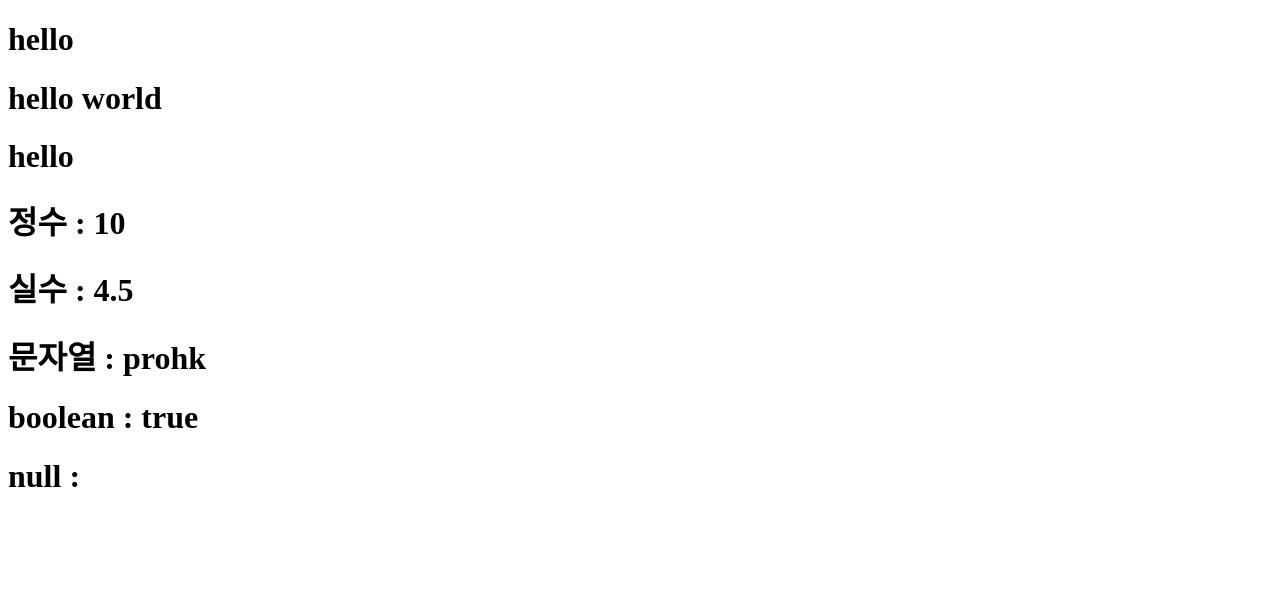
Repository: pro-hk/jsp
Page: http://localhost/chap06/express_language_01.jsp
An editor plug-in stored every save of this project. The page is shown before and after the next save, followed by the edit.
The browser window is 1280 px wide. The pictures show the whole page.
The page is served by Tomcat 9.

Above is the page before, as saved 2022-01-25 06:14:08.

After the next save:
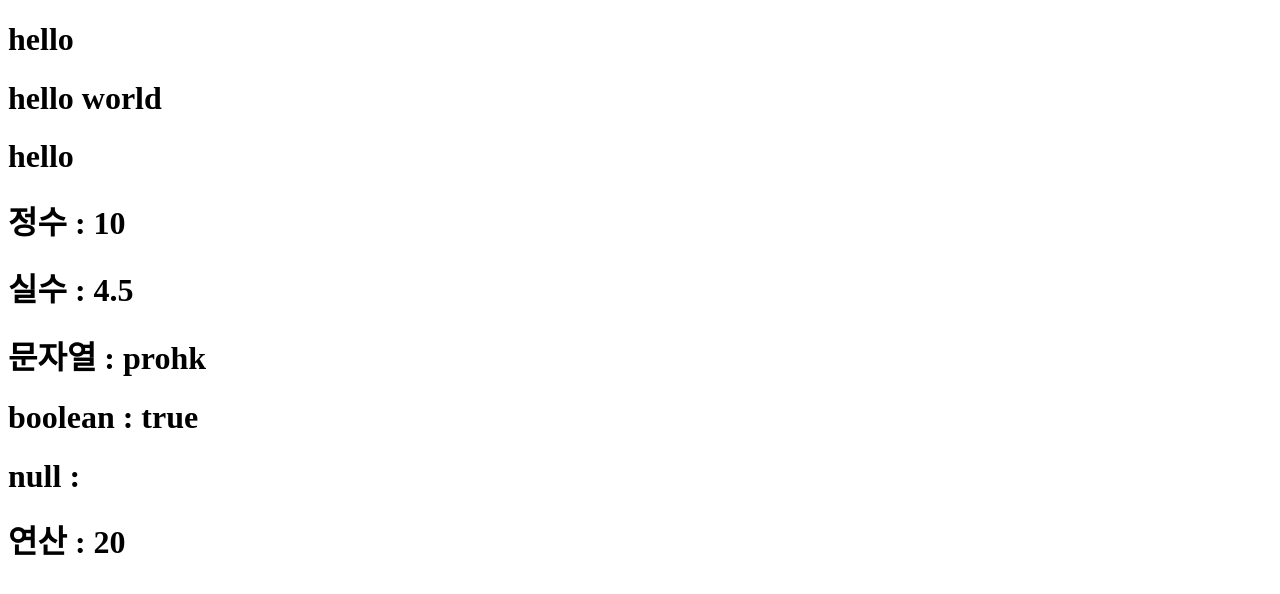
Saved 68 s later.
--- a/chap06/src/main/webapp/express_language_01.jsp
+++ b/chap06/src/main/webapp/express_language_01.jsp
@@ -15,5 +15,6 @@
 	<h1>문자열 : ${"prohk" }</h1>
 	<h1>boolean : ${true }</h1>
 	<h1>null : ${null }</h1>
+	<h1>연산 : ${10+10 }</h1>
 </body>
 </html>
